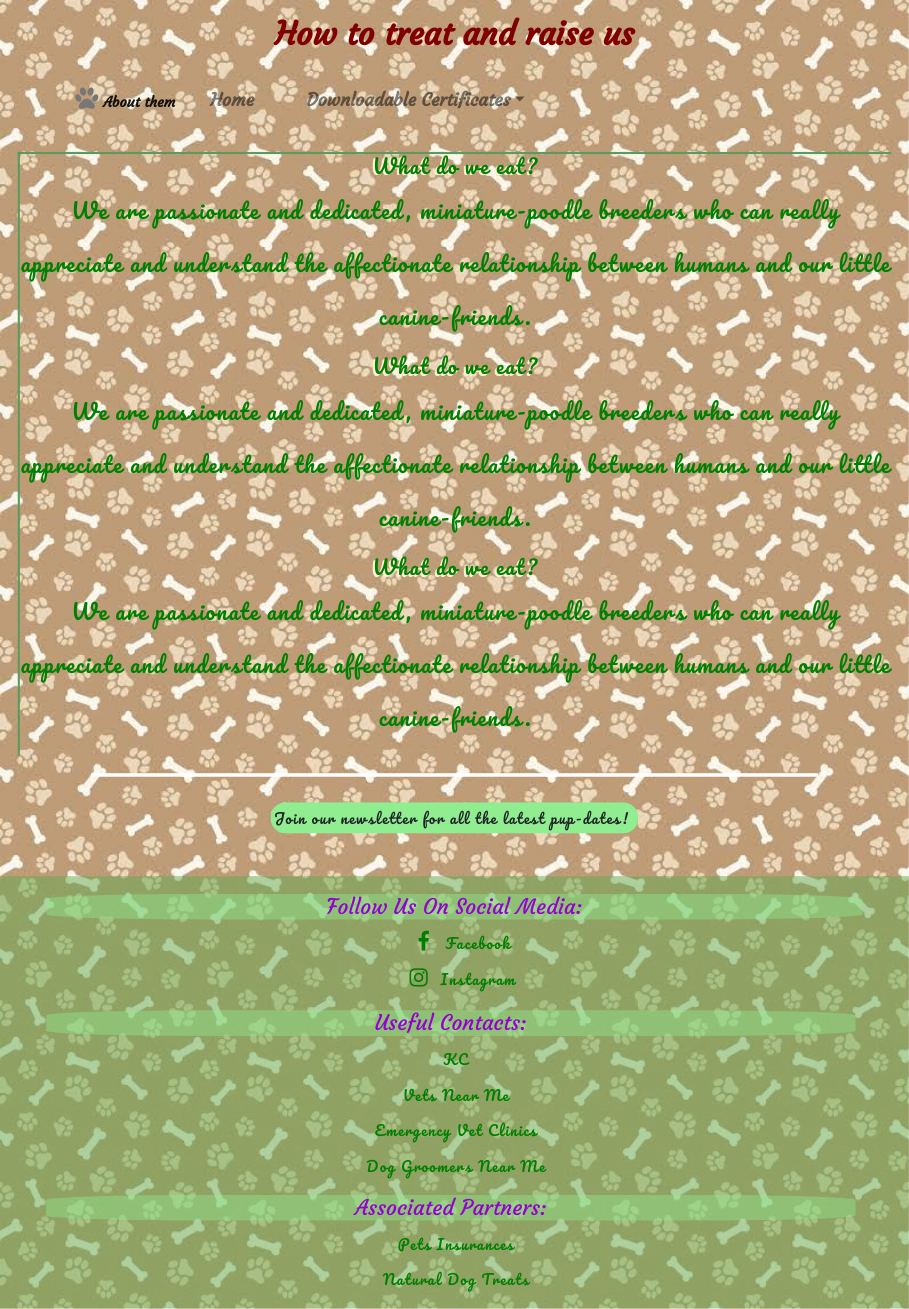
Repository: Code-Institute-Submissions/GeorgiosSklav-Iacinthos-blog
Page: about-them.html
The author's editor kept a record of every edit. The page is drawn from the files as they stood at one moment, then again after the next edit.
The browser window is 1280 px wide. The pictures show the whole page, at 71% of full size.

Above is the page before.

After the next edit:
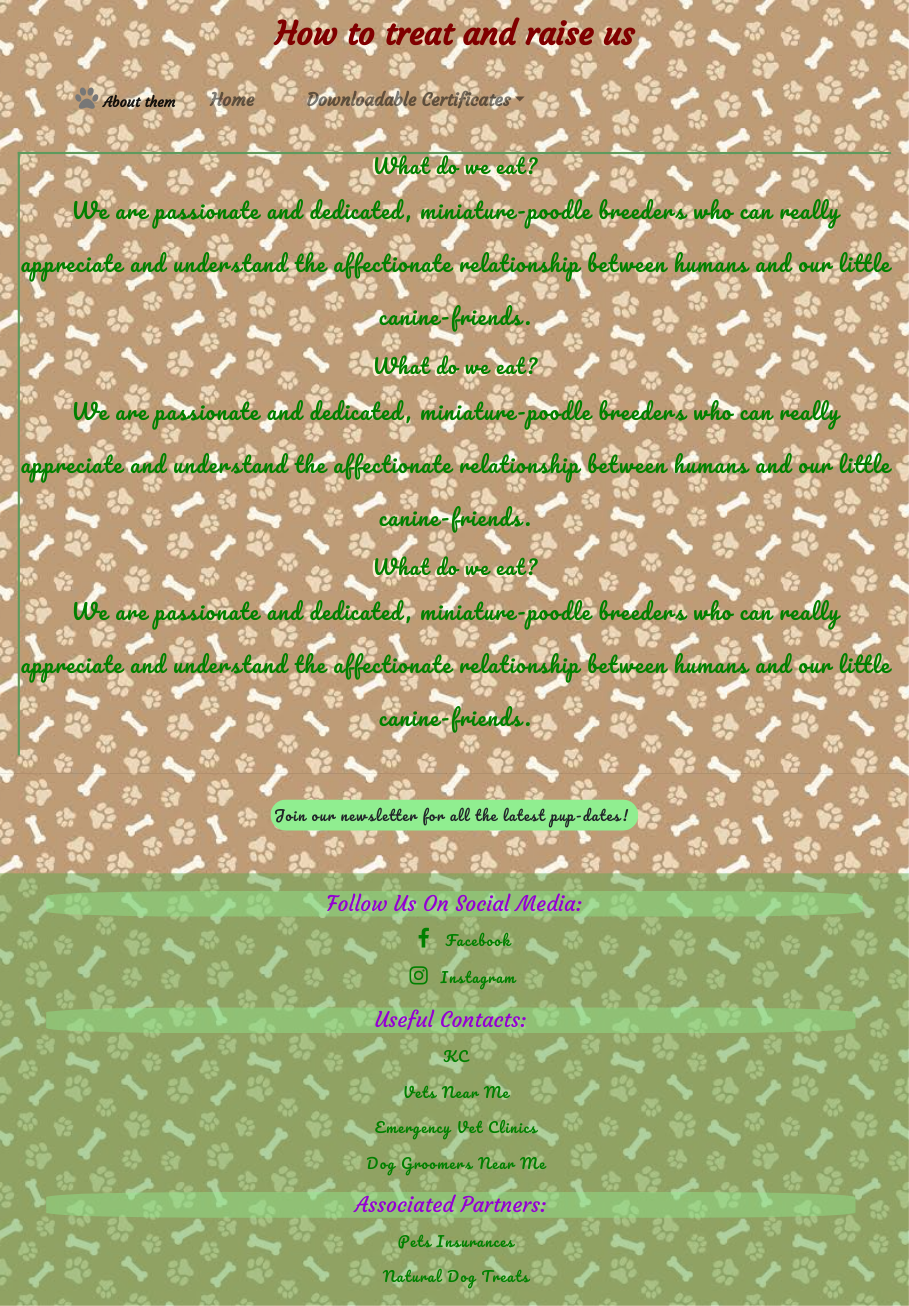
The edit:
--- a/about-them.html
+++ b/about-them.html
@@ -61,7 +61,7 @@
         </div>
 
     </main>
-    <hr class="end">
+    <hr>
 
     <!------------------------------------------------ Modal -->
 
